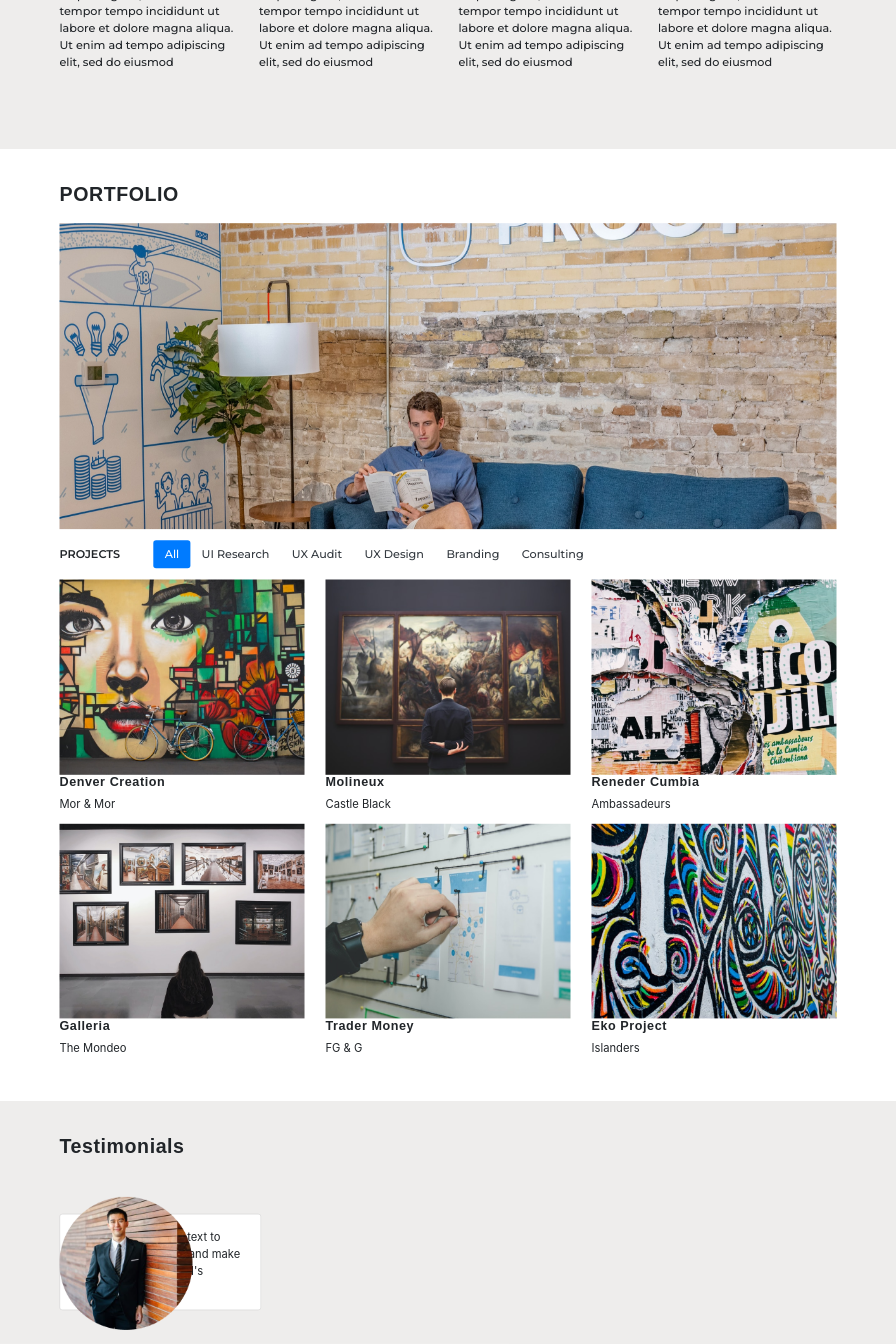
Repository: Syfon01/hng-port
Page: index.html
The author's editor kept a copy of each file at every save. The page is drawn from the files as they stood at one save, then again after the next save.
The browser window is 1280 px wide. The pictures show the part of the page from y = 1687 to 3607 px (the page is 3607 px tall), at 70% of full size.
Some web fonts or font styles are not loaded; a fallback is used.

Above is the page before, as saved 2020-06-28 19:26:25.

After the next save:
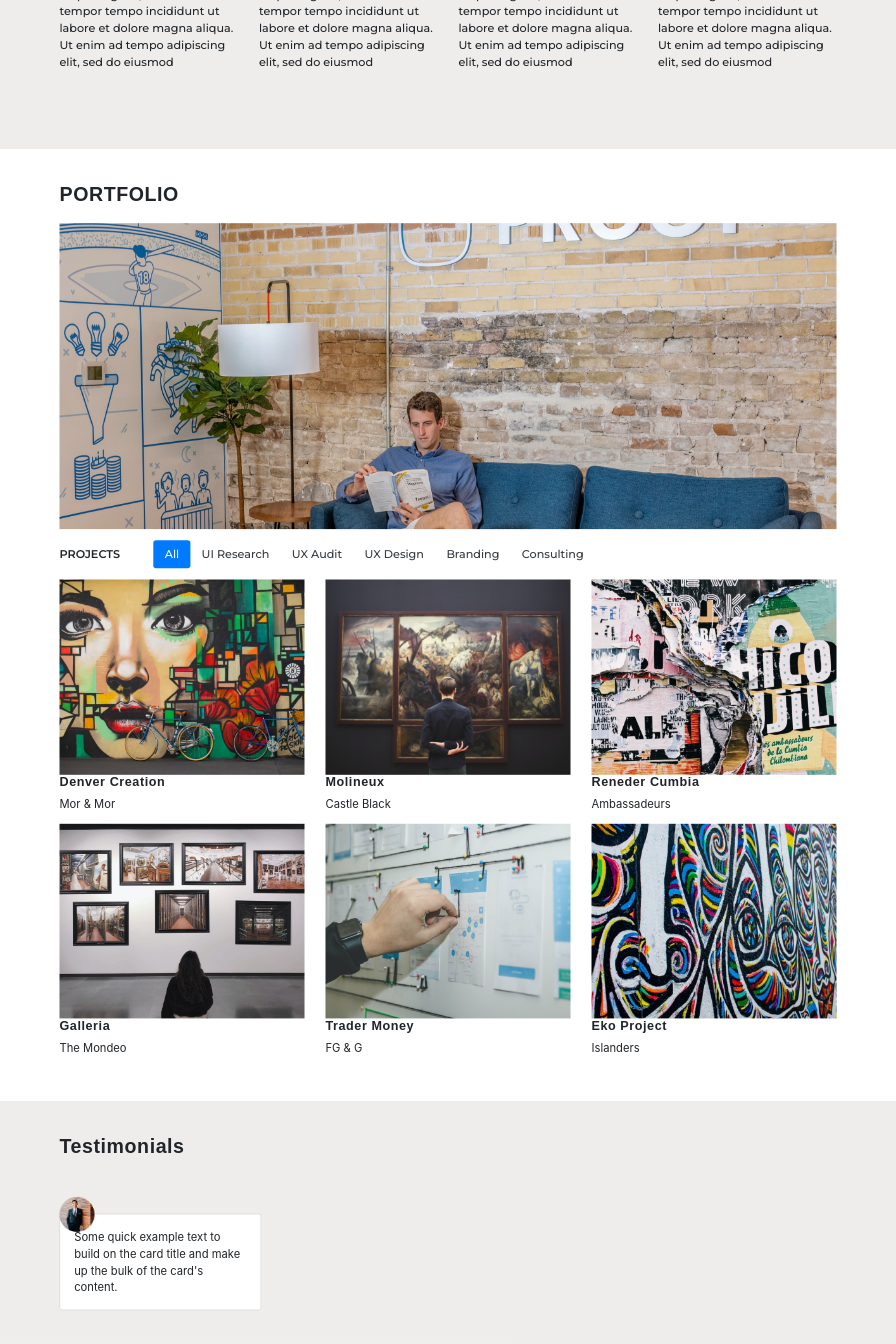
Saved 4 s later.
--- a/style.css
+++ b/style.css
@@ -84,7 +84,7 @@ h5{
   position: absolute;
   top:0;
   left:0;
-  width: ;
+  width: 50px;
 }
 
 .card-section{
